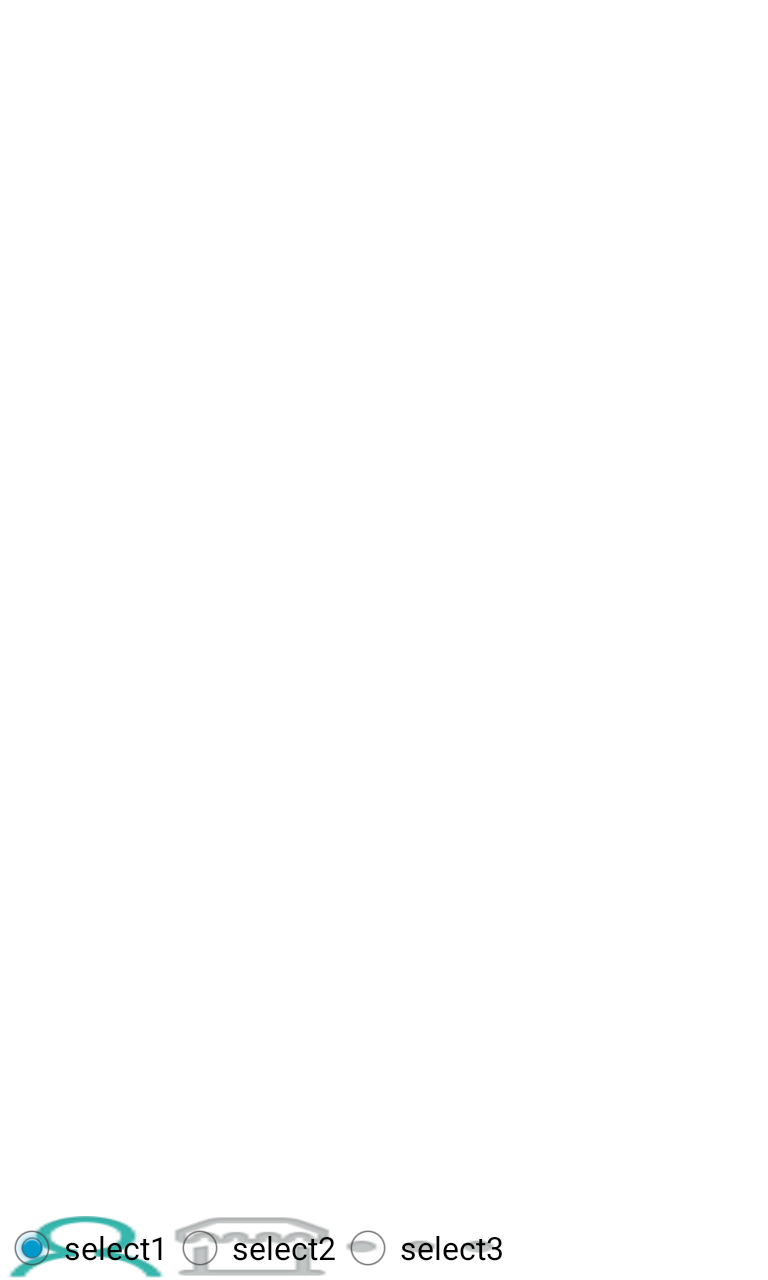
Repository: Lei13/Android
Layout: android_frame/res/layout/main_fragment_activity_layout.xml
The author's editor kept a copy of each file at every save. The layout is drawn from the files as they stood at one save, then again after the next save.
It is drawn on a 768 x 1280 px phone screen (xhdpi) without system bars, with theme AppTheme; the app's code is not run. Lists and similar views that code fills are empty.

Above is the layout before, as saved 2015-12-06 06:49:10.

### android_frame/res/layout/main_fragment_activity_layout.xml
<?xml version="1.0" encoding="utf-8"?>
<RelativeLayout xmlns:android="http://schemas.android.com/apk/res/android"
    android:layout_width="match_parent"
    android:layout_height="match_parent" >

    <RadioGroup
        android:layout_alignParentBottom="true"
        android:id="@+id/fragment_radios"
        android:layout_width="wrap_content"
        android:layout_height="wrap_content"
        android:orientation="horizontal" >

        <RadioButton
            android:id="@+id/fragment_btn1"
            android:layout_width="wrap_content"
            android:layout_height="wrap_content"
            android:background="@drawable/tab_button1_selector"
            android:text="select1"
            android:checked="true"/>

        <RadioButton
            android:id="@+id/fragment_btn2"
            android:layout_width="wrap_content"
            android:layout_height="wrap_content"
            android:background="@drawable/tab_button2_selector"
            android:text="select2" />

        <RadioButton
            android:id="@+id/fragment_btn3"
            android:layout_width="wrap_content"
            android:layout_height="wrap_content"
            android:background="@drawable/tab_button3_selector"
            android:text="select3" />
    </RadioGroup>

    <android.support.v4.view.ViewPager
        android:id="@+id/fragment_pager"
        android:layout_above="@id/fragment_radios"
        android:layout_width="match_parent"
        android:layout_height="match_parent" />

</RelativeLayout>

### android_frame/res/values/styles.xml
<resources xmlns:android="http://schemas.android.com/apk/res/android">

    <!--
        Base application theme, dependent on API level. This theme is replaced
        by AppBaseTheme from res/values-vXX/styles.xml on newer devices.
    -->
    <style name="AppBaseTheme" parent="android:Theme.Light">
        <!--
            Theme customizations available in newer API levels can go in
            res/values-vXX/styles.xml, while customizations related to
            backward-compatibility can go here.
        -->
    </style>

    <!-- Application theme. -->
    <style name="AppTheme" parent="AppBaseTheme">
        <!-- All customizations that are NOT specific to a particular API-level can go here. -->
    </style>

    <style name="shape_style">
        <item name="android:layout_width">wrap_content</item>
        <item name="android:layout_height">wrap_content</item>
        <item name="android:textSize">18sp</item>
        <item name="android:padding">5dp</item>
        <item name="android:layout_marginTop">5dp</item>
        <item name="android:gravity">center</item>

    </style>
</resources>

### android_frame/res/drawable/tab_button1_selector.xml
<?xml version="1.0" encoding="utf-8"?>
<selector xmlns:android="http://schemas.android.com/apk/res/android" >
    <item android:drawable="@drawable/ic_menu_user_on" android:state_checked="true"/>
	<item android:drawable="@drawable/ic_menu_user_on" android:state_selected="true"/>
    <item android:drawable="@drawable/ic_menu_user_off"/>
</selector>

### android_frame/res/drawable/tab_button2_selector.xml
<?xml version="1.0" encoding="utf-8"?>
<selector xmlns:android="http://schemas.android.com/apk/res/android" >
    <item android:drawable="@drawable/ic_menu_poi_on" android:state_checked="true"/>
	<item android:drawable="@drawable/ic_menu_poi_on" android:state_selected="true"/>
    <item android:drawable="@drawable/ic_menu_poi_off"/>
</selector>

### android_frame/res/drawable/tab_button3_selector.xml
<?xml version="1.0" encoding="utf-8"?>
<selector xmlns:android="http://schemas.android.com/apk/res/android" >
    <item android:drawable="@drawable/ic_menu_more_on" android:state_checked="true"/>
	<item android:drawable="@drawable/ic_menu_more_on" android:state_selected="true"/>
    <item android:drawable="@drawable/ic_menu_more_off"/>
</selector>

Loaded but not shown: android_frame/res/values-v11/styles.xml (common file); android_frame/res/values-v14/styles.xml (common file)

After the next save:
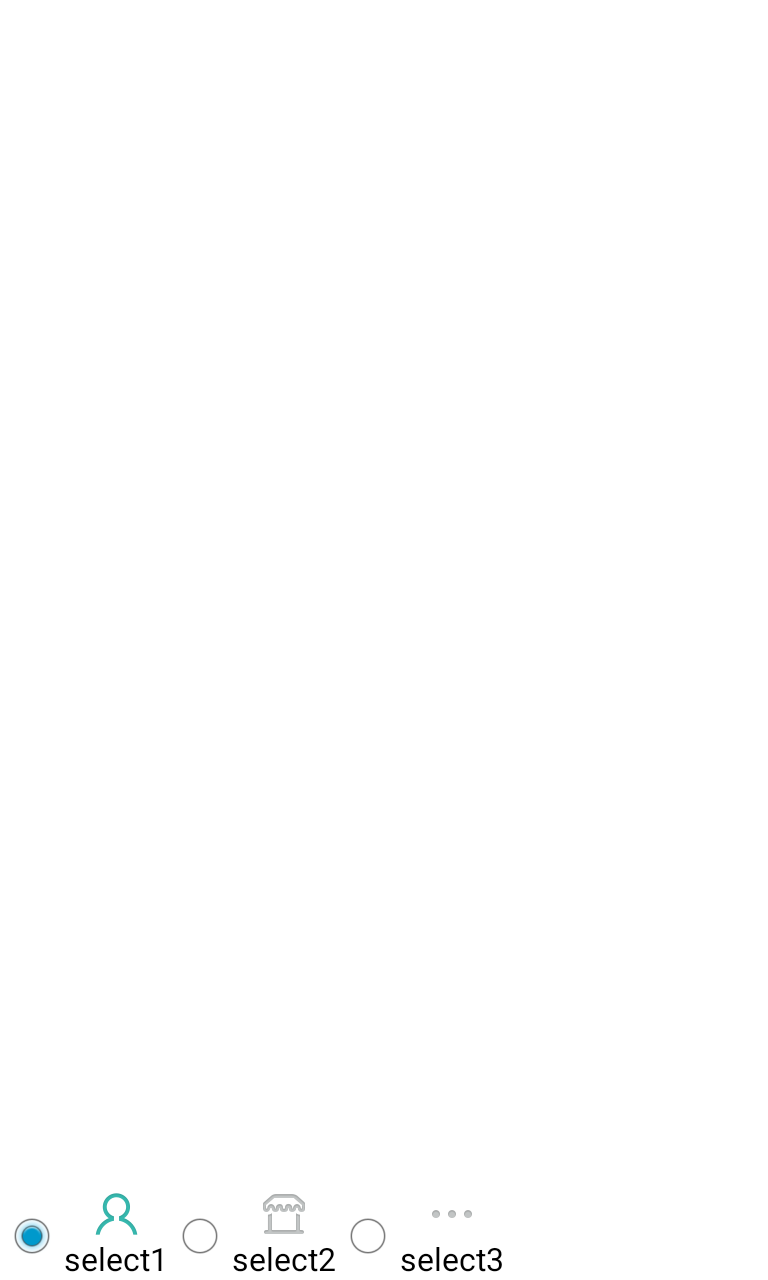
Saved 55 s later.
--- a/android_frame/res/layout/main_fragment_activity_layout.xml
+++ b/android_frame/res/layout/main_fragment_activity_layout.xml
@@ -14,7 +14,7 @@
             android:id="@+id/fragment_btn1"
             android:layout_width="wrap_content"
             android:layout_height="wrap_content"
-            android:background="@drawable/tab_button1_selector"
+            android:drawableTop="@drawable/tab_button1_selector"
             android:text="select1"
             android:checked="true"/>
 
@@ -22,14 +22,14 @@
             android:id="@+id/fragment_btn2"
             android:layout_width="wrap_content"
             android:layout_height="wrap_content"
-            android:background="@drawable/tab_button2_selector"
+            android:drawableTop="@drawable/tab_button2_selector"
             android:text="select2" />
 
         <RadioButton
             android:id="@+id/fragment_btn3"
             android:layout_width="wrap_content"
             android:layout_height="wrap_content"
-            android:background="@drawable/tab_button3_selector"
+            android:drawableTop="@drawable/tab_button3_selector"
             android:text="select3" />
     </RadioGroup>
 
